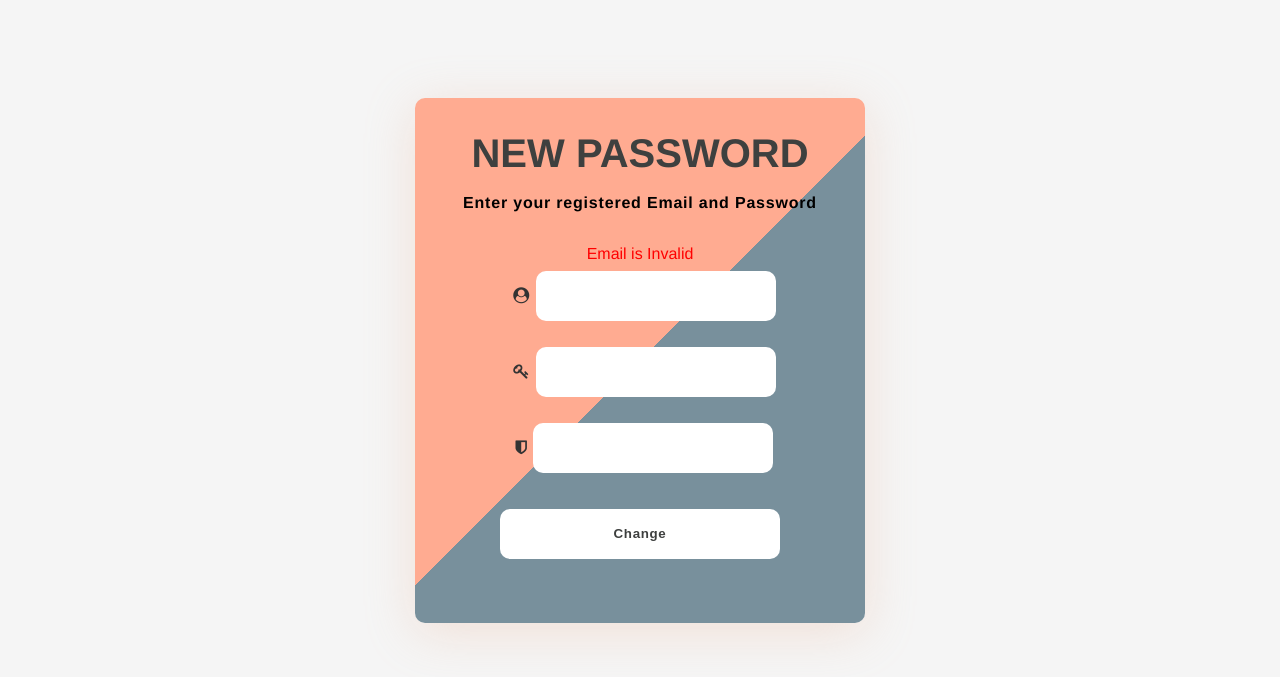
Repository: DhanushPrabha22/Zoho-Mini-Project
Page: http://localhost/ToDo_List/forgotpwd.do
These files come from the project's save history. The page is drawn as it stood at one moment and after the next save; the edit follows.
The browser window is 1280 px wide. The pictures show the whole page.
Some web libraries are served in a nearby version. The page is served by Tomcat 9.

Above is the page before, as saved 2021-03-17 07:15:48.

After the next save:
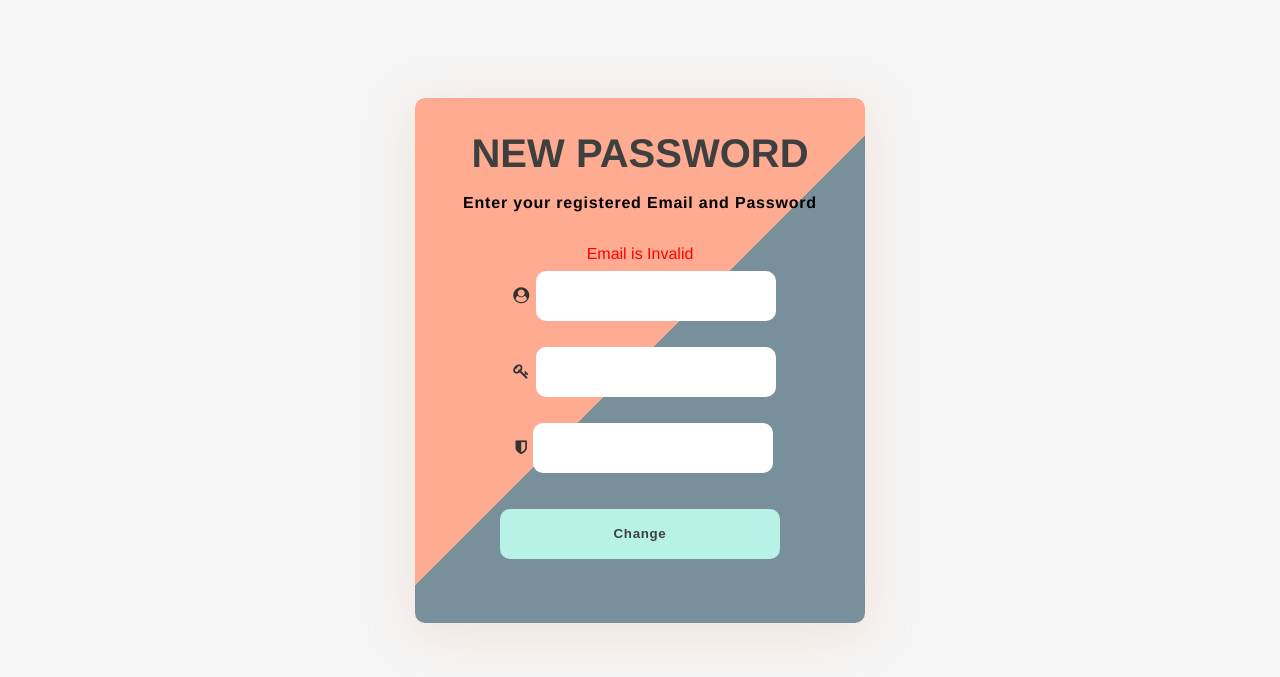
Saved 5 s later.
--- a/Todo Eclipse/ToDo_List/WebContent/forgotPwd.jsp
+++ b/Todo Eclipse/ToDo_List/WebContent/forgotPwd.jsp
@@ -46,7 +46,7 @@ Created By Dhanush L
 					<html:text styleClass="form-input" property="security"/>
 
 					<br><br><br>
-					<html:submit styleClass="ign-up button" value="Change"/>
+					<html:submit styleClass="sign-up button" value="Change"/>
 				</html:form>
 			</div>
 		<!--   End Container  -->
